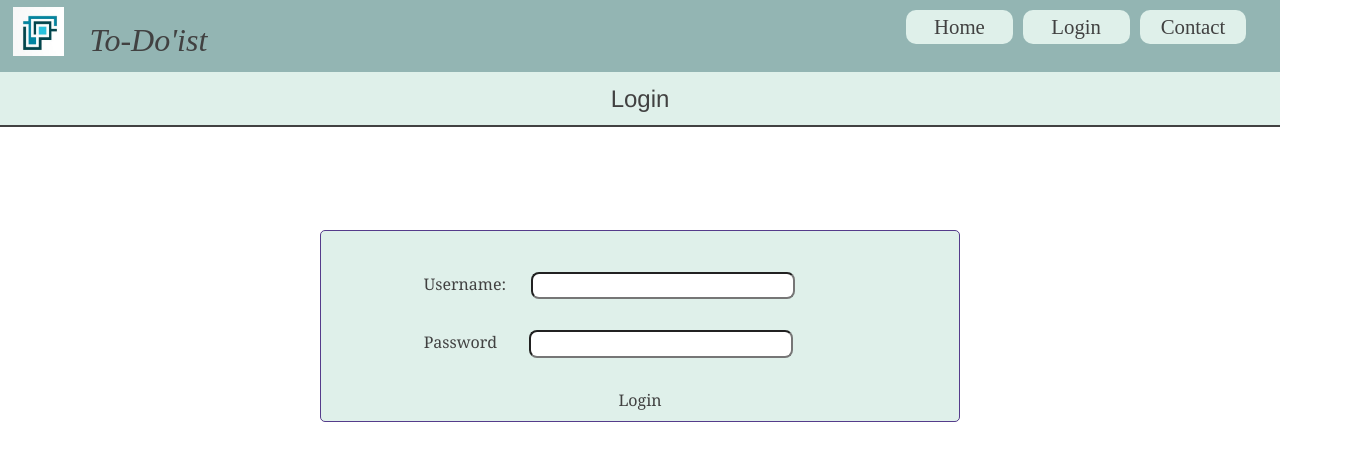
Repository: tavisca-pkadam/Todo-Website
Page: login_grid.html
These files come from the project's save history. The page is drawn as it stood at one moment and after the next save; the edit follows.
The browser window is 1280 px wide. The page is 1370 px wide, so the pictures cover 1370 px, including what lies to the right of the window. The pictures show the whole page.

Above is the page before, as saved 2019-08-22 12:35:46.

### login_grid.html
<!DOCTYPE html>
<html>
  <head>
    <meta charset="utf-8" />
    <meta http-equiv="X-UA-Compatible" content="IE=edge" />
    <title>Page Title</title>
    <meta name="viewport" content="width=device-width, initial-scale=1" />
    <link rel="stylesheet" type="text/css" media="screen" href="main2.css" />

    <link rel="import" href="components/header.html" />

    <!-- <script src='main.js'></script> -->
  </head>
  <body>
    <div class="grid-container">
      <div class="grid_header">
        <div id="head" class="header">
          <img id="company_logo" src="src/logo.jpg" width="5%" />
          <p id="todo_header"><i>To-Do'ist</i></p>

          <div class="links">
            <div>
              <a href="/home_grid.html">
                <div class="link_btn">Home</div>
              </a>
              <a href="/login_grid.html">
                <div class="link_btn">Login</div>
              </a>

              <a href="/contact.html">
                <div class="link_btn">Contact</div>
              </a>
            </div>
          </div>
        </div>
      </div>

      <div class="grid_main_content">
        <div class="account_content">
          <div class="account_head">
            Login
          </div>
          <div class="login">
            <center>
              <div id="login_user_input">
                Username:<input type="text" style="margin-left:5%;" />
              </div>
              <div id="login_password_input">
                Password<input type="password" style="margin-left:6.5%;" />
              </div>
              <div id="login_btn">
                Login
              </div>
            </center>
          </div>
        </div>
      </div>
      <div class="grid_footer"></div>
    </div>
  </body>
</html>

### main2.css
.header {
    background-color:#93b5b3;
    grid-column: 1/5;
    position: relative;
    width: 100vw;
    height: 10vh;
    margin: 0%;
    /* border-bottom: 2px double black; */
    font-family: fantasy;
  }

  input {
    border-radius: 8px;
    width: 20vw;
    height: 3vh;
  }

  body {
      font-family: Cambria, Cochin, Georgia, Times, 'Times New Roman', serif;
      margin: 0%;
      color: #414141;
  }
  a {
    color: #414141;
    text-decoration: none;
  }

  #company_logo {
    position: absolute;
    left: 1%;
    width: 4%;
    margin-top: 1vh;
  }

  #todo_header {
    font-size: 2em;
    position: absolute;
    width: 100%;
    left: 7%;
    padding-bottom: 7%;
    /* text-align: left; */
    top: -10px;
    /* right: 45%; */
  }

  .side_nav {
    margin-top:2%;
    /* position: fixed; */
    width: 100%;
    background-color: #dff0ea;
    height: 88vh;
  }

  .side_btn {
    padding-top: 8%;
    text-align: center;
    width: 98%;
    height:8%;
    position: relative;
    background-color: #dff0ea;
    /* margin-top: 50%; */
    font-size: 1.3rem;
    border-width: 0px 5px 1px 0px;
    border-style: solid;
    border-color: #63707e;
  }


  .side_btn:hover {
    /* left:-5%; */
    background-color: #c8dad3;
    border-color: #63707e;
    border-style: solid;
    transition: linear;
    cursor: pointer;

  }

  .modal_header{
      background-color: #c8dad3;
      height: 15%;
      padding-top: 1%;
      line-height: 1.3rem;
      font-size: 1.2rem;
  }

  .todo_content {
    position: relative;
    /* left: 5%; */
    /* width: 85%; */
    /* background-color: aquamarine; */
    height: 78vh;
  }

  #todo_add_modal{
      border-radius: 10px;
      border-style: solid;
      border-color: #553c8b;
      visibility: hidden;
      position: absolute;
      height: 20vh;
      left: 20vw;
      width: 50%;
      margin-top:8%;
      text-align: center;
      background-color: #f2f6f5;
      z-index: 10;
  }

  #todo_add_modal_input {
      margin: 2% 10%;
      /* background-color: aquamarine; */
      width: 80%;
  }
  #todo_add_modal_add_btn{
      margin: 2% 45%;
      background-color: #ccc1ff;
      cursor: pointer;

  }
  #todo_add_modal_add_btn:hover {
    background-color: #c8dad3;

  }

  #todo_content_head {
    border: 1px;
    position: relative;
    /* background-color: deepskyblue; */
    padding: 5px;
    width: 60%;
    height: 6vh;
    border-radius: 20px;
    left: 20%;
    top: 5%;

    border-width: 1px;
    border-style: solid;
    border-color: #553c8b;
  }

  .search_button {

    text-align: center;
    background-color: #dff0ea;
    border-radius: 5px;
    padding: 0.5%;
    cursor: pointer;

  }

  #todo_content_head_search_input{
      position: absolute;
      left:5%;
      margin-top: 10px;

  }

  #todo_content_head_search_btn{
      position: absolute;
      left:50%;
      margin-top: 10px;
      width: 15%;
      background-color: #dff0ea;
  }

  #todo_content_head_search_btn:hover {
    background-color: #c8dad3;

  }

  #todo_content_search {
    position: absolute;
    /* background-color: darksalmon; */
    padding: 0.5%;
    margin-left: 4%;
    padding-left: 2%;
    padding-right: 4%;
    left: 6vw;
    border-radius: 2px;
    /* border-width: 1px; */
    /* border-style: solid; */
    margin: 3px;

    border-color: #553c8b;
  }
  #todo_content_add {
    position: absolute;
    background-color: #dff0ea;
    left: 70%;
    /* top: 10px; */
    width: 15%;
    margin-top: 10px;
  }

  #todo_content_add:hover{
    background-color: #c8dad3;

  }

  #todo_list {
    /* background-color: mediumslateblue; */
    position: relative;
    width: 80%;
    left: 10%;
    top: 10%;
    height: 55vh;
    border-radius: 15px;
    padding: 3px;
    padding-left: 8px;

    border-width: 1px;
    border-style: solid;
    border-color: #553c8b;

    overflow-y:scroll;
    scroll-behavior: smooth;


  }

  .todo_item {
    margin: 5px;
    margin-top: 15px;
  }

  .todo_edit_btn {
    position: absolute;
    text-align: center;
    padding: 3px 10px;
    width: 7%;
    background-color: #dff0ea;
    margin-left: 75%;
    border-radius: 5px;
    cursor: pointer;
  }


  .todo_edit_btn:hover{
    background-color: #c8dad3;
  }

  .todo_remove_btn {
    text-align: center;
    padding: 3px 10px;
    width: 7%;
    background-color: #dff0ea;
    margin-left: 88%;
    border-radius: 5px;
    cursor: pointer;

  }

  .todo_remove_btn:hover{
    background-color: #c8dad3;
  }

  .todo_detail {
    width: 70%;

    position: absolute;
    padding: 2px;
    padding-left: 1%;

    border-bottom: 6px solid;
    border-left: 6px solid;
    border-width: 1px;
    border-color: #553c8b;
  }

  .links {
    position: relative;
    width: 30%;
    float: right;
    /* font-family: 'Lucida Sans', 'Lucida Sans Regular', 'Lucida Grande', 'Lucida Sans Unicode', Geneva, Verdana, sans-serif */
    font-size: 1.3rem;
  }

  .link_btn {
    float: left;
    padding: 5px 15px;
    background-color: #dff0ea;
    width: 20%;
    border-radius: 10px;
    margin-left:10px;
    margin-top:10px;
    text-align: center;
  }

  .link_btn:hover {
    background-color: #c8dad3;

  }


  #link_btn_home {
    margin-left: 0%;
  }

  #link_btn_a {
    margin-left: 30%;
  }

  #link_btn_b {
    margin-left: 60%;
  }

  /* Login */

  .login {
    padding: 10px;
    margin: 25%;
    margin-top: 8%;
    border-radius: 5px;
    border-color: #553c8b;
    border-width: 1px;
    border-style: solid;
    background-color: #dff0ea;
  }

  #login_user_input {
    margin: 5%;
    text-align: left;
    padding-left:10%;
  }

  #login_password_input {
    margin: 5%;
    text-align: left;
    padding-left:10%;

  }

  .grid-container {
    grid-template-areas:
      "header header header header header"
      "main_content main_content main_content main_content main_content"
      "main_content main_content main_content main_content main_content"
      "main_content main_content main_content main_content main_content"
      "main_content main_content main_content main_content main_content"
      "footer footer footer footer footer";
    display: grid;
    /* background-color: #2196F3; */
  }

  .grid_header {
    height: 9vh;
    grid-area: header;
    /* background-color: aquamarine; */
  }

  .grid_side_nav {
    height: 89vh;
    width: 20vw;
    grid-area: side_nav;
    /* background-color: red; */
  }

  .grid_main_content {
    height: 79vh;
    width: 100vw;
    grid-area: main_content;
    /* background-color: blueviolet; */
  }

  .grid_footer {
    height: 4vh;
    width: 80vw;
    grid-area: footer;
  }


  /* AccountDetails */

  .account_content{
      /* background-color: burlywood; */
      margin-top: 7px;
  }

  .account_head{
      /* background-color: coral; */
      text-align: center;
      font-family: 'Franklin Gothic Medium', 'Arial Narrow', Arial, sans-serif;
      font-size: 1.5rem;
      padding: 1%;
      background-color: #dff0ea;
      border-style: solid;
      border-width: 0px 0px 2px 0px;
      border-color:  #414141;
    }

  .account_details_header{
      font-family: 'Franklin Gothic Medium', 'Arial Narrow', Arial, sans-serif;
      font-size: 1.2rem;
      padding-left:2%;
      margin-top:2%;
  }

  .account_details{
      font-family: 'Courier New', Courier, monospace;
      line-height: 1.2rem;
      /* background-color: greenyellow; */
      padding-left: 10%;
  }

  .detail_name{
    width: 50%;
    position: relative;
    float: left;
  }

  .detail_input{
    width: 10%;
    position: static;
  }

  #save_button {
    width:5%;
    top:20vh;
    background-color: #dff0ea;
    border-radius: 5px;
    text-align: center;
    padding: 0.5% 2%;
    position: fixed;
    right:5%;
  }

  #save_button:hover {
    background-color: #c8dad3;
  }

  .home{
      padding:20px;
      font-size: 1.2rem;
  }

  .card{
      padding:6%;
      margin-top:1vh;
      /* background-color: #c8dad3; */
      width: 20vw;
      float:left;
  }

  .card_head{
      padding: 8%;
      background-color: #93b5b3
  }

  .card_content{
      padding:  8%;
      background-color: #dff0ea;
  }

After the next save:
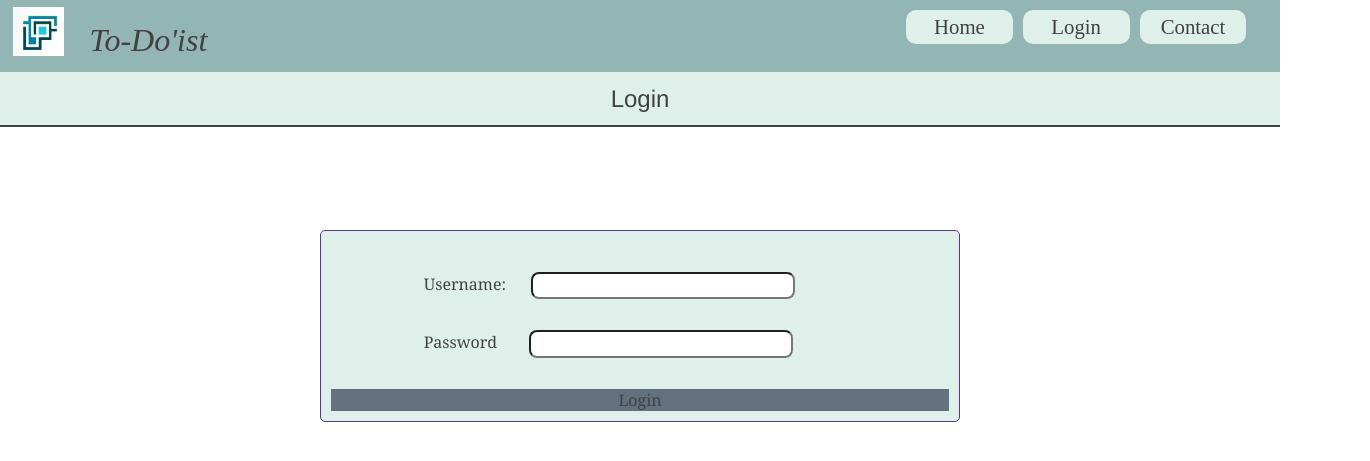
Saved 4 s later.
--- a/main2.css
+++ b/main2.css
@@ -451,3 +451,8 @@
       padding:  8%;
       background-color: #dff0ea;
   }
+
+
+#login_btn{
+    background-color: #63707e;
+  }
